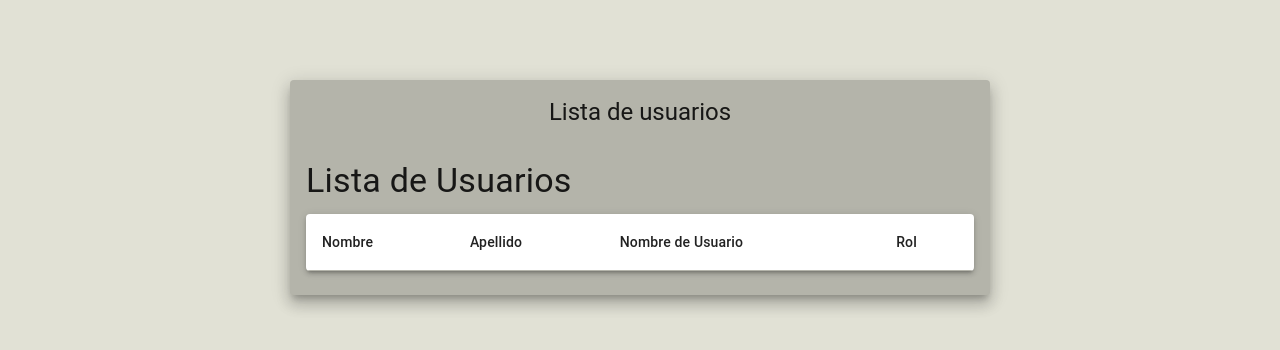
Repository: Mpablom/usuarioCaC-integrador-final-front
Page: /usuarios
The author's editor kept a copy of each file at every save. The page is drawn from the files as they stood at one save, then again after the next save.
The browser window is 1280 px wide. The pictures show the whole page.
The page's requests for data from a server got no answer. The project was rebuilt for these pictures with package versions that can differ from the ones it lists, and the page was loaded fresh each time. No one was signed in, and anything a server would have sent is missing. Also part of the build but not shown: vite.config.ts, src/components/Login.tsx.

Above is the page before, as saved 2024-07-11 00:16:12.

After the next save:
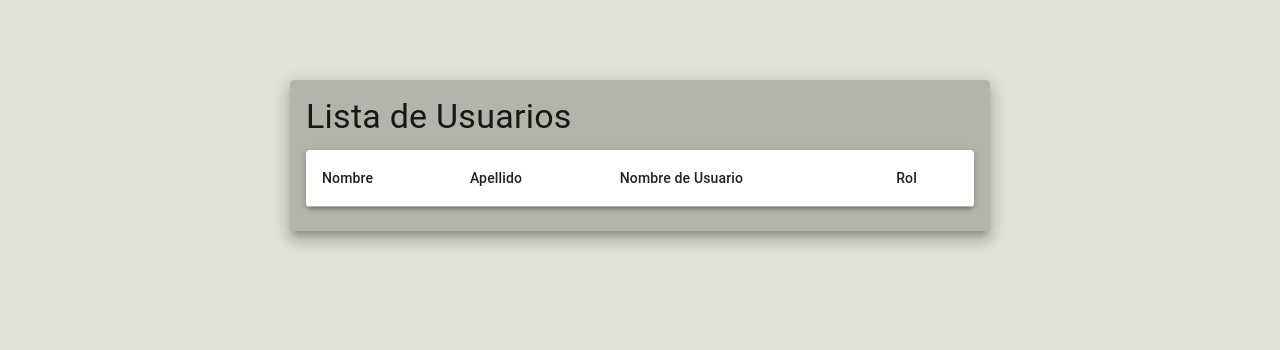
Saved 18 s later.
--- a/src/components/UsuariosTable.tsx
+++ b/src/components/UsuariosTable.tsx
@@ -33,10 +33,6 @@ const UsuariosTable: React.FC = () => {
 
   return (
     <Card sx={{ maxWidth: 700, margin: "auto", boxShadow:'10', mt: 10, bgcolor:"#B4B4AA" }}>
-      <CardHeader
-        title="Lista de usuarios"
-        sx={{ textAlign: "center", fontSize: "2.5rem" }}
-      ></CardHeader>
       <CardContent>
          <Typography variant="h4" component="h1" gutterBottom>
           Lista de Usuarios
